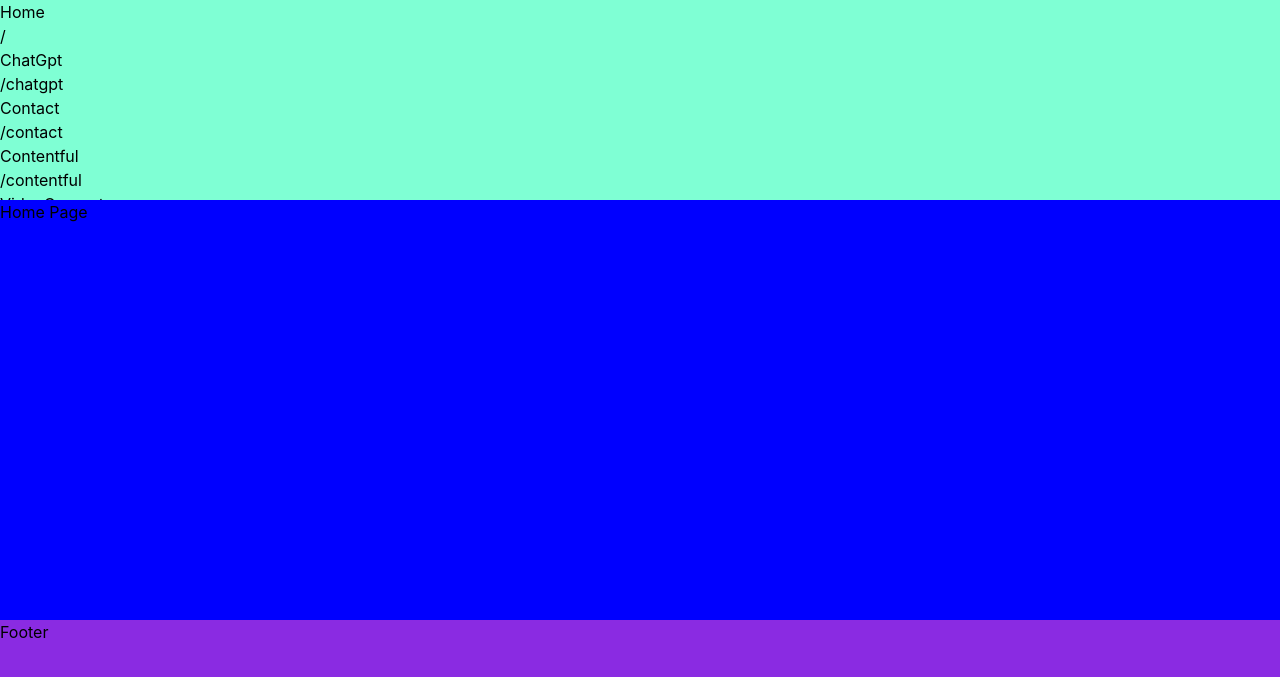
Repository: Coralee-Long/react-bits
Page: /
The author's editor kept a copy of each file at every save. The page is drawn from the files as they stood at one save, then again after the next save.
The browser window is 1280 px wide. The pictures show the whole page.
The project was rebuilt for these pictures with package versions that can differ from the ones it lists, and the page was loaded fresh each time. Also part of the build but not shown: src/pages/ContactPage.js, src/components/projects/TailwindCheatsheet/components/TailwindGrid.utils.js, src/components/projects/TailwindCheatsheet/components/TailwindGrid.js, src/components/projects/TailwindCheatsheet/data/tailwindData.js, src/components/navigation/SideNavBar.js, src/pages/TailwindCheatsheetPage.js, src/pages/VideoGeneratorPage.js, src/pages/ChatGptPage.js and 4 more.

Above is the page before, as saved 2024-02-09 16:34:00.

### src/index.css
@tailwind base;
@tailwind components;
@tailwind utilities;

html,
body {
  font-family: -apple-system, BlinkMacSystemFont, 'Segoe UI', 'Roboto', 'Oxygen',
    'Ubuntu', 'Cantarell', 'Fira Sans', 'Droid Sans', 'Helvetica Neue',
    sans-serif;
  -webkit-font-smoothing: antialiased;
  -moz-osx-font-smoothing: grayscale;
  height: 100%;
  width: 100%;
  margin: 0;
  padding: 0;
  overflow-x: hidden; /* Prevents horizontal scroll */
  box-sizing: border-box;
}

#root {
  height: 100%;
}

### src/App.js
import { BrowserRouter as Router } from 'react-router-dom';
import AppRoutes from './routes/AppRoutes';
import Header from './layout/Header/Header';
import Footer from './layout/Footer/Footer';
import './App.css';

const App = () => {
  return (
    <div className="app-container">
      <Header />
      <main>
        <Router>
          <AppRoutes />
        </Router>
      </main>
      <Footer />
    </div>
  );
};

export default App;

### src/routes/AppRoutes.js
import { Routes, Route } from 'react-router-dom';
import HomePage from '../pages/HomePage.js';
import ContactPage from '../pages/ContactPage';
import TaiwindCheatsheetPage from '../pages/TailwindCheatsheetPage.js';
import VideoGeneratorPage from '../pages/VideoGeneratorPage.js';
import ChatGptPage from '../pages/ChatGptPage.js';
import ComparatorPage from '../pages/ComparatorPage.js';
import ContentfulPage from '../pages/ContentfulPage.js';

const AppRoutes = () => {
  return (
    <Routes>
      <Route path="/" element={<HomePage />} />
      <Route path="/contact" element={<ContactPage />} />
      <Route path="/tailwind-cheatsheet" element={<TaiwindCheatsheetPage />} />
      <Route path="/video" element={<VideoGeneratorPage />} />
      <Route path="/chatgpt" element={<ChatGptPage />} />
      <Route path="/comparator" element={<ComparatorPage />} />
      <Route path="/contentful" element={<ContentfulPage />} />
    </Routes>
  );
};

export default AppRoutes;

### src/layout/Header/Header.js
import { Dropdown } from '../../components/commons/DropDown/Dropdown';

const Header = () => {
  return (
    <header>
      <Dropdown />
    </header>
  );
};
export default Header;

### src/layout/Footer/Footer.js
const Footer = () => {
  return (
    <footer>
      <h1>Footer</h1>
    </footer>
  );
};
export default Footer;

### src/App.css
.app-container {
  display: flex;
  flex-direction: column;
  min-height: 100vh;
  background-color: brown;
}

main {
  flex-grow: 1;
  width: 100%;
  background-color: blue;
}

header {
  background-color: aquamarine;
  height: 200px;
  width: 100%;
}

footer {
  background-color: blueviolet;
  height: 100px;
  width: 100%;
}

### src/pages/HomePage.js
const HomePage = () => {
  return (
    <>
      <h1>Home Page</h1>
    </>
  );
};
export default HomePage;

### src/components/commons/DropDown/Dropdown.js
import { Link } from 'react-router-dom';
import pages from '../../../utils/pagesRegistry';

export const Dropdown = () => {
  console.log(pages);
  return (
    <div className="dropdown">
      <ul>
        {pages.map((page) => (
          <li key={page.name}>
            {/* <Link to={page.path}>{page.name}</Link> */}
            <p>{page.name}</p>
            <p>{page.path}</p>
          </li>
        ))}
      </ul>
    </div>
  );
};

### src/utils/pagesRegistry.js
const pages = [
  { name: 'Home', path: '/' },
  { name: 'ChatGpt', path: '/chatgpt' },
  { name: 'Contact', path: '/contact' },
  { name: 'Contentful', path: '/contentful' },
  { name: 'VideoGenerator', path: '/video' },
  { name: 'TailwindCheatsheet', path: '/tailwind-cheatsheet' },
  { name: 'Comparator', path: '/comparator' },
  { name: 'Contentful', path: '/contentful' },
];

export default pages;

### tailwind.config.js
/** @type {import('tailwindcss').Config} */
module.exports = {
  purge: ['./src/**/*.{js,jsx,ts,tsx}', './public/index.html'],
  darkMode: false, // or 'media' or 'class'
  theme: {
    extend: {
      boxShadow: {
        custom:
          'inset -4px -4px 6px -1px rgba(255, 255, 255, 1), inset 2px 2px 8px -1px rgba(72, 79, 96, 0.5)',
      },
    },
  },
  variants: {
    extend: {},
  },
  plugins: [],
};

Loaded but not shown: public/index.html (common file); src/index.js (common file); src/reportWebVitals.js (common file)

After the next save:
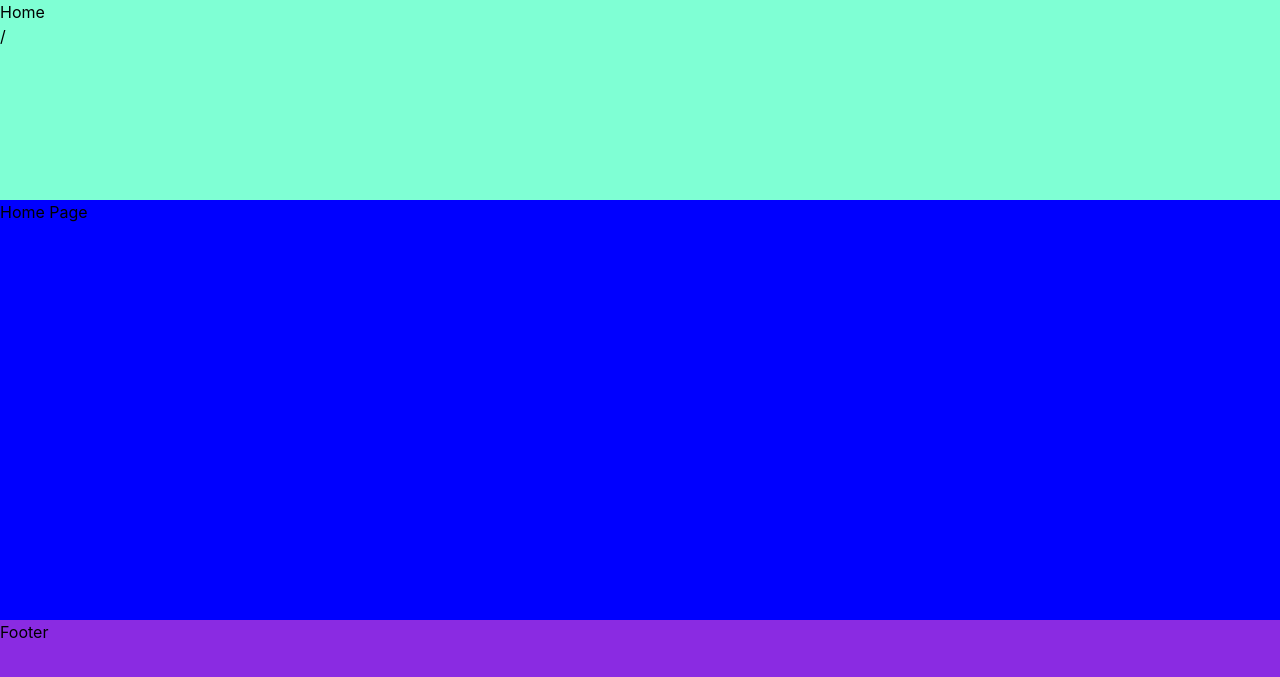
Saved 2 min 42 s later.
--- a/src/utils/pagesRegistry.js
+++ b/src/utils/pagesRegistry.js
@@ -1,12 +1,12 @@
 const pages = [
   { name: 'Home', path: '/' },
-  { name: 'ChatGpt', path: '/chatgpt' },
-  { name: 'Contact', path: '/contact' },
-  { name: 'Contentful', path: '/contentful' },
-  { name: 'VideoGenerator', path: '/video' },
-  { name: 'TailwindCheatsheet', path: '/tailwind-cheatsheet' },
-  { name: 'Comparator', path: '/comparator' },
-  { name: 'Contentful', path: '/contentful' },
+  // { name: 'ChatGpt', path: '/chatgpt' },
+  // { name: 'Contact', path: '/contact' },
+  // { name: 'Contentful', path: '/contentful' },
+  // { name: 'VideoGenerator', path: '/video' },
+  // { name: 'TailwindCheatsheet', path: '/tailwind-cheatsheet' },
+  // { name: 'Comparator', path: '/comparator' },
+  // { name: 'Contentful', path: '/contentful' },
 ];
 
 export default pages;
